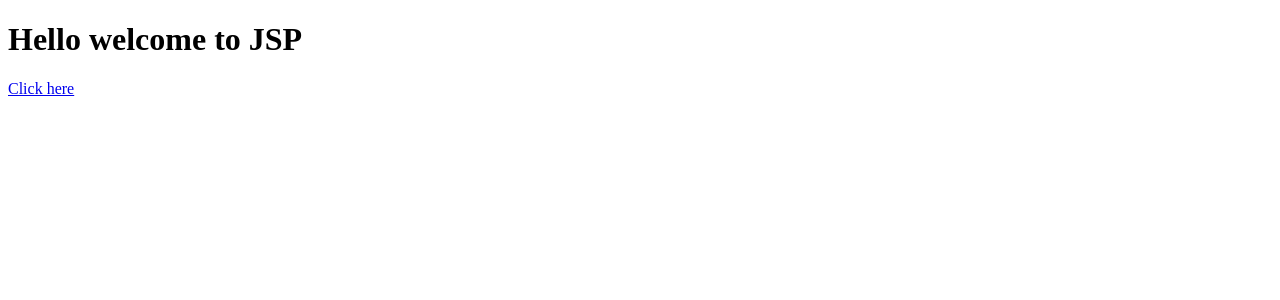
Repository: gauravrathod802/Java-Servlet
Page: http://localhost/MyFirstProject/
These files come from the project's save history. The page is drawn as it stood at one moment and after a run of saves; the edit follows.
The browser window is 1280 px wide. The pictures show the whole page.
The page is served by Tomcat 9.

Above is the page before, as saved 2024-01-07 13:47:12.

After the next 5 saves:
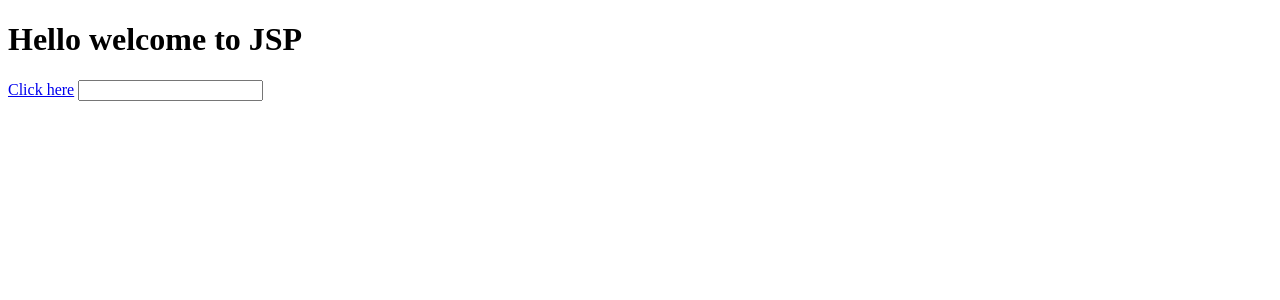
The 5 saves are shown as one change because they came seconds apart.
The last was saved 15 s later.
--- a/MyFirstProject/WebContent/index.jsp
+++ b/MyFirstProject/WebContent/index.jsp
@@ -9,6 +9,6 @@
 <body>
 <h1>Hello welcome to JSP</h1>
 <a href="MyServlet" >Click here</a>
-
+<input type>
 </body>
 </html>
